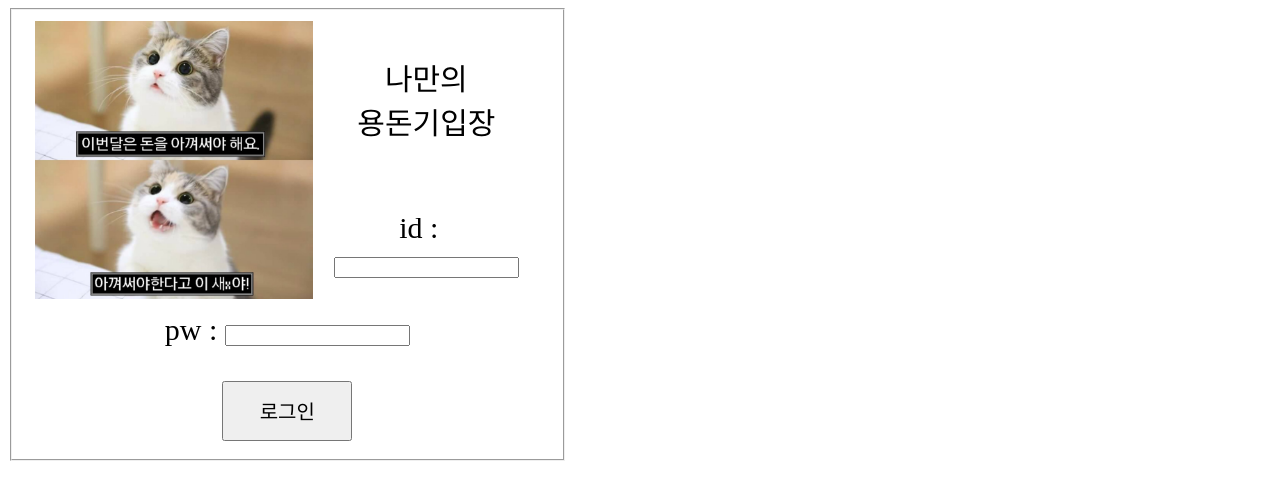
Repository: hus0124/M-IT
Page: JSP_Workspaces/pocketMoneyDiary/WebContent/index.html
These files come from the project's save history. The page is drawn as it stood at one moment and after the next save; the edit follows.
The browser window is 1280 px wide. The pictures show the whole page.

Above is the page before, as saved 2020-01-03 00:12:32.

After the next save:
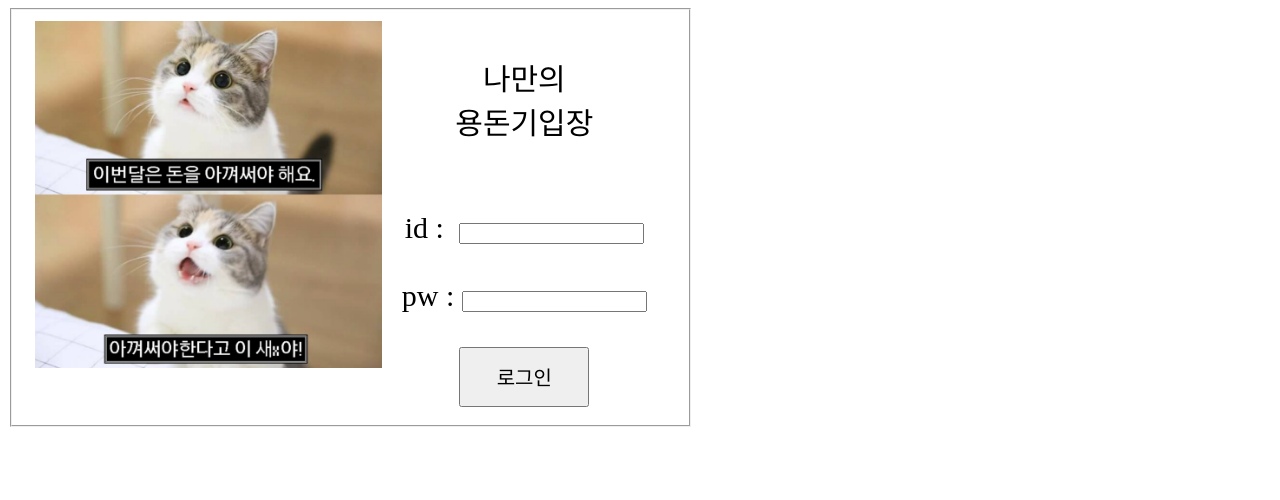
Saved 22 s later.
--- a/JSP_Workspaces/pocketMoneyDiary/WebContent/index.html
+++ b/JSP_Workspaces/pocketMoneyDiary/WebContent/index.html
@@ -12,7 +12,7 @@ body {font-size:30px}
 </style>
 </head>
 <body>
-	<fieldset style="width:40%; height:auto; text-align:center">
+	<fieldset style="width:50%; height:auto; text-align:center">
 	<form action="result.jsp" method="get">
 
 		<img src="catmoney.png" style="width:55%; height:auto; float:left">
